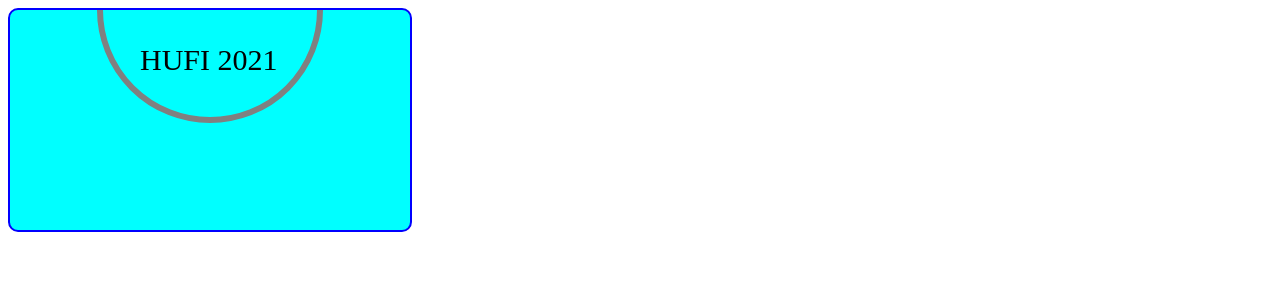
Repository: Tan-Khang21/TH_TKW--Buoi_05
Page: Bai_Tap_Ve_Nha/Bai_02/Canvas11.html
An editor plug-in stored every save of this project. The page is shown before and after the next save, followed by the edit.
The browser window is 1280 px wide. The pictures show the whole page.

Above is the page before, as saved 2024-03-10 22:24:33.

### Bai_Tap_Ve_Nha/Bai_02/Canvas11.html
<!DOCTYPE html>
<html lang="en">
  <head>
    <meta charset="UTF-8" />
    <meta name="viewport" content="width=device-width, initial-scale=1.0" />
    <title>Document</title>
  </head>
  <body>
    <canvas
      id="myCanvas"
      style="
        border: 2px solid blue;
        background-color: aqua;
        border-radius: 10px;
      "
      width="400px"
      height="220px"
    ></canvas>
    <script>
      var canvas = document.getElementById("myCanvas"),
        ctx = canvas.getContext("2d");
      ctx.beginPath();
      ctx.beginPath();
      ctx.font = "30px Arials";
      ctx.fillText("HUFI 2021", 130, 60);
      ctx.beginPath();
      ctx.arc(200, 0, 110, 0, Math.PI);
      ctx.strokeStyle = "#808080";
      ctx.lineWidth = 6;
      ctx.stroke();
    </script>
  </body>
</html>

After the next save:
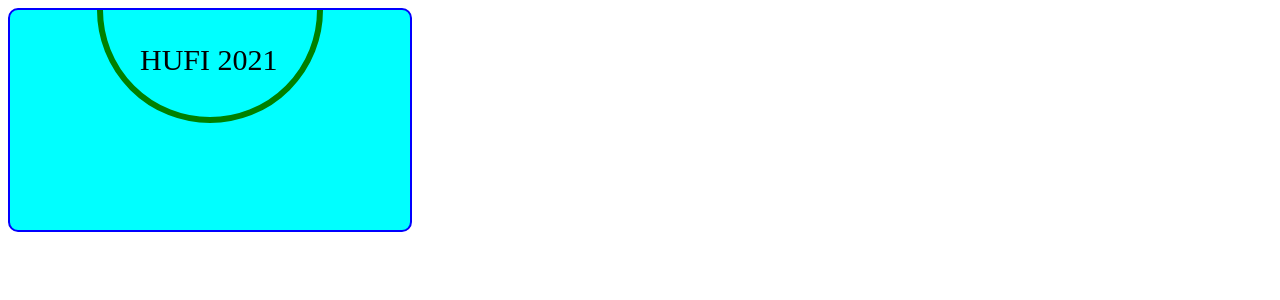
Saved 9 s later.
--- a/Bai_Tap_Ve_Nha/Bai_02/Canvas11.html
+++ b/Bai_Tap_Ve_Nha/Bai_02/Canvas11.html
@@ -25,7 +25,7 @@
       ctx.fillText("HUFI 2021", 130, 60);
       ctx.beginPath();
       ctx.arc(200, 0, 110, 0, Math.PI);
-      ctx.strokeStyle = "#808080";
+      ctx.strokeStyle = "green";
       ctx.lineWidth = 6;
       ctx.stroke();
     </script>
